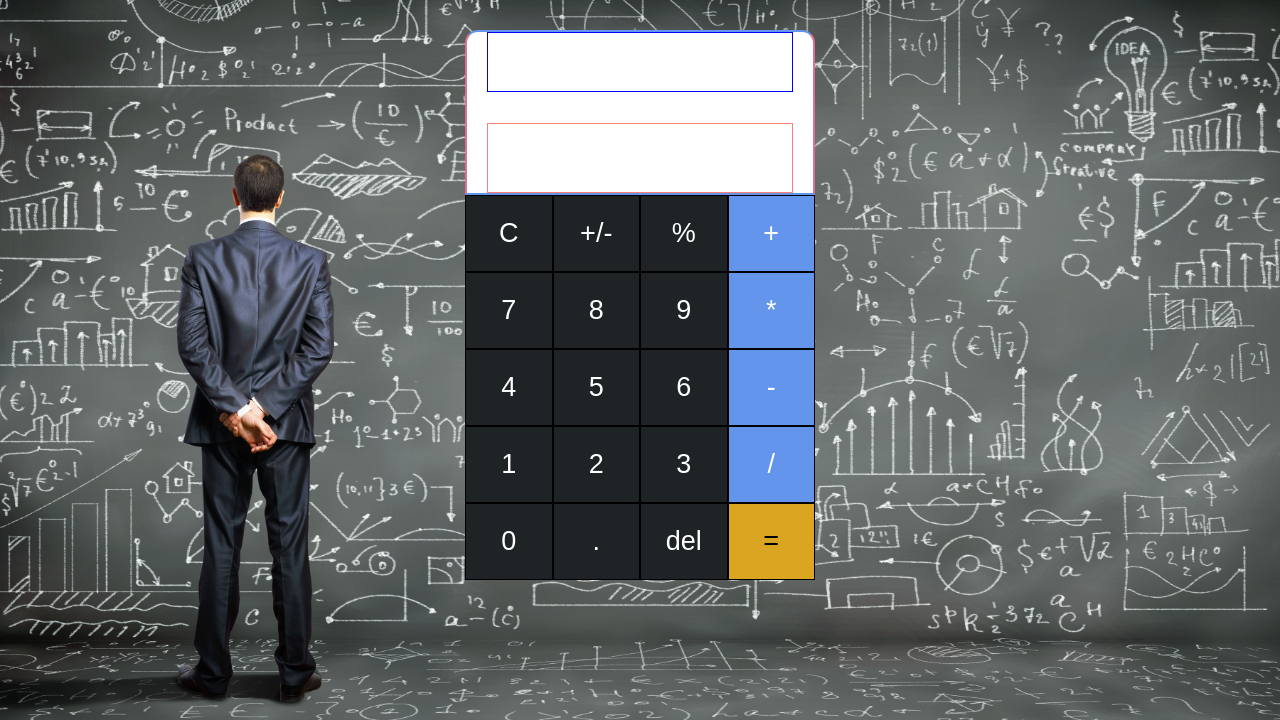
Repository: OfirLana/Calculator
Page: index.html
The author's editor kept a copy of each file at every save. The page is drawn from the files as they stood at one save, then again after the next save.
The browser window is 1280 px wide. The pictures show the whole page.

Above is the page before, as saved 2019-03-17 22:02:20.

After the next save:
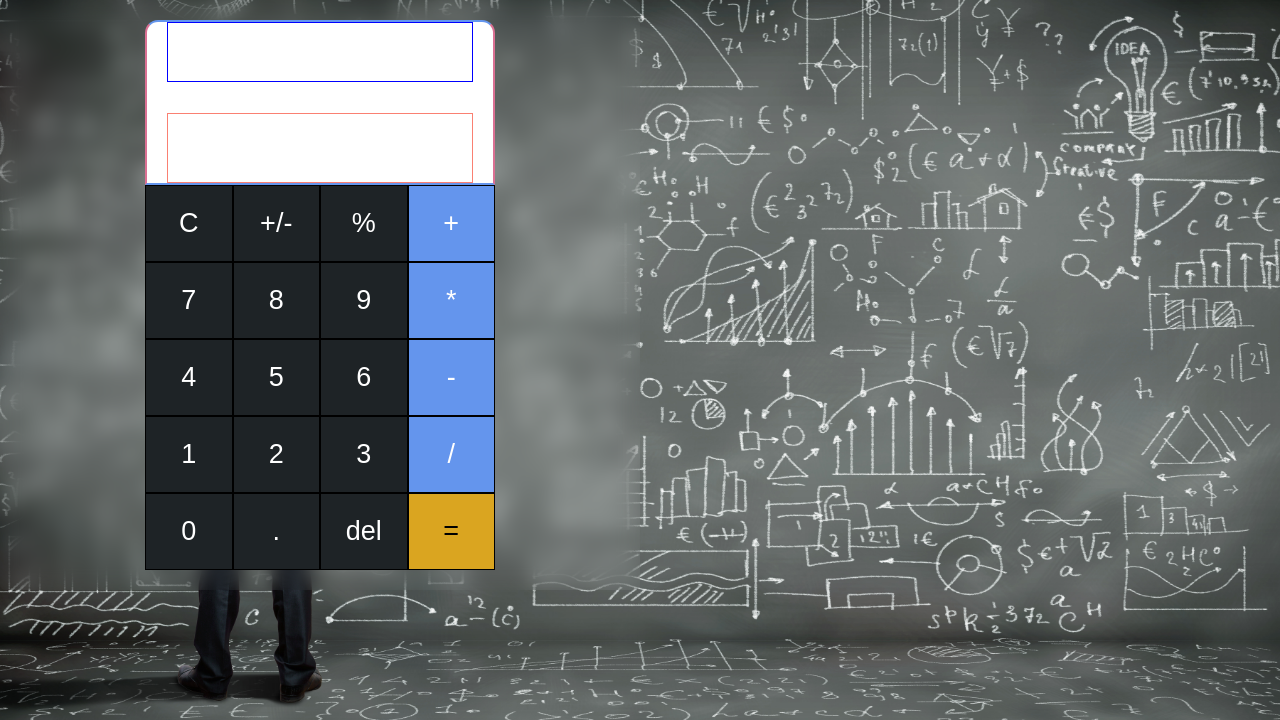
Saved 83 s later.
--- a/style.css
+++ b/style.css
@@ -17,6 +17,15 @@
     background:url(img/math2.jpg);
     background-size: cover;
 
+    border-radius: 5px;
+    font-family: sans-serif;
+    text-align: center;
+    line-height: 1;
+    backdrop-filter: blur(10px);
+    -webkit-backdrop-filter: blur(10px);
+    max-width: 50%;
+    max-height: 50%;
+    padding: 20px 40px;
 }
 
 

After the 2 saves that followed:
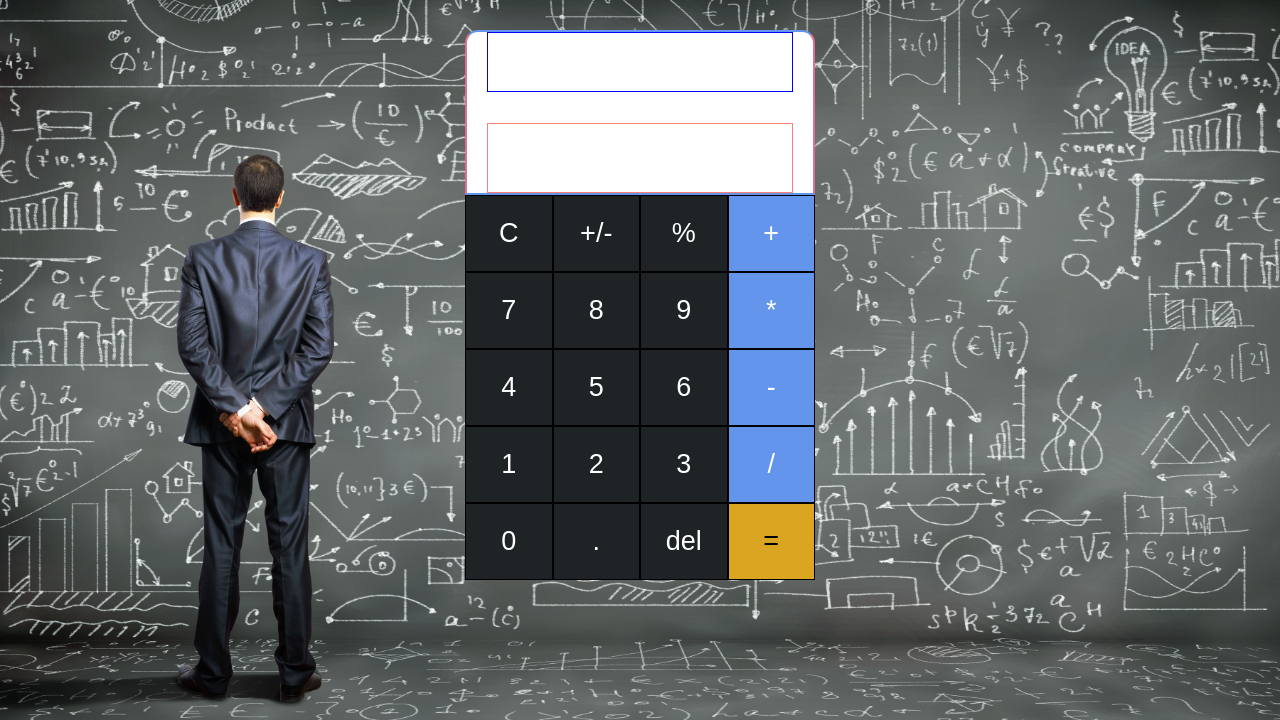
The 2 saves are shown as one change because they came seconds apart.
The last was saved 7 s later.
--- a/style.css
+++ b/style.css
@@ -17,15 +17,6 @@
     background:url(img/math2.jpg);
     background-size: cover;
 
-    border-radius: 5px;
-    font-family: sans-serif;
-    text-align: center;
-    line-height: 1;
-    backdrop-filter: blur(10px);
-    -webkit-backdrop-filter: blur(10px);
-    max-width: 50%;
-    max-height: 50%;
-    padding: 20px 40px;
 }
 
 
